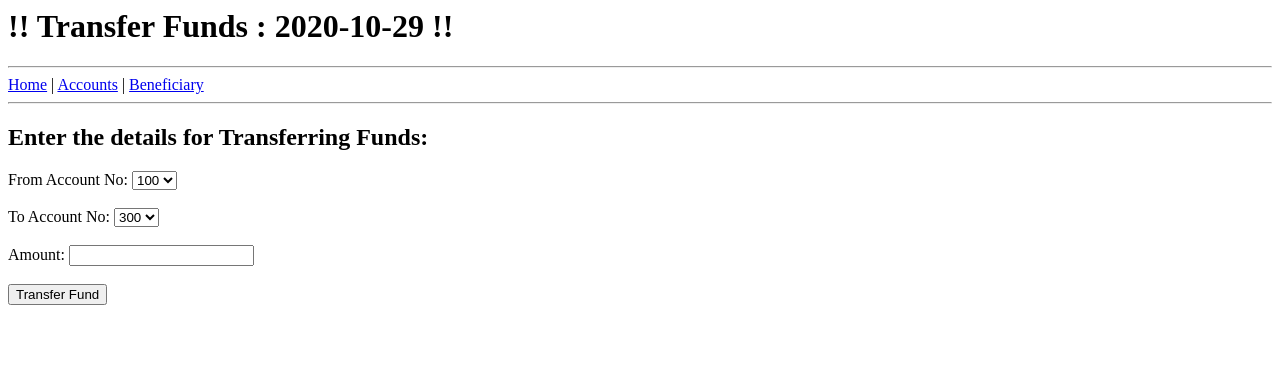
Repository: anik84/ibs
Page: http://localhost/IBS/user_transfer_funds_display_form.jsp
The author's editor kept a copy of each file at every save. The page is drawn from the files as they stood at one save, then again after the next save.
The browser window is 1280 px wide. The pictures show the whole page.
The page is served by Tomcat 9.

Above is the page before, as saved 2020-10-29 14:06:39.

After the next save:
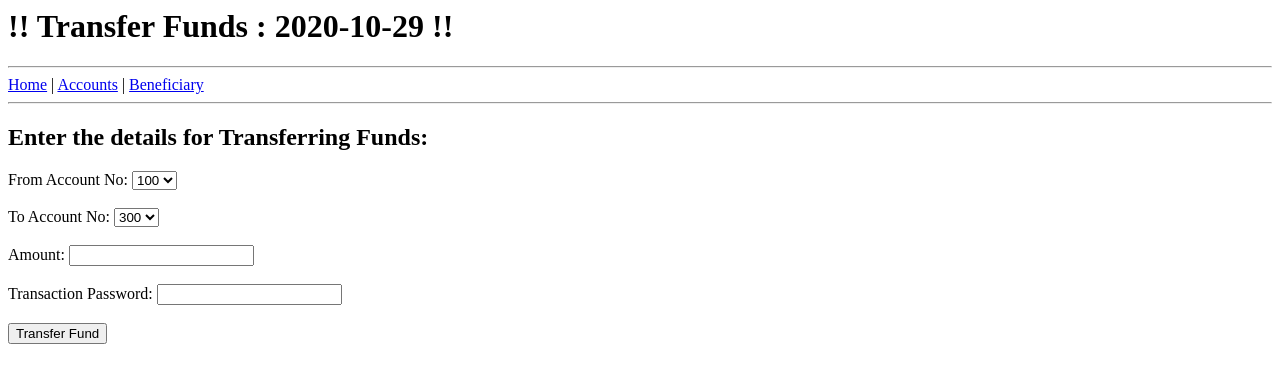
Saved 2 min 27 s later.
--- a/IBS_JSPs/IBS/WebContent/user_transfer_funds_display_form.jsp
+++ b/IBS_JSPs/IBS/WebContent/user_transfer_funds_display_form.jsp
@@ -48,6 +48,10 @@
 				required />
 		</div><br />
 		<div>
+			<label>Transaction Password: </label> <input type="text" name="transactionPassword"
+				required />
+		</div><br />
+		<div>
 			<button>Transfer Fund</button>
 		</div>
 	</form>
